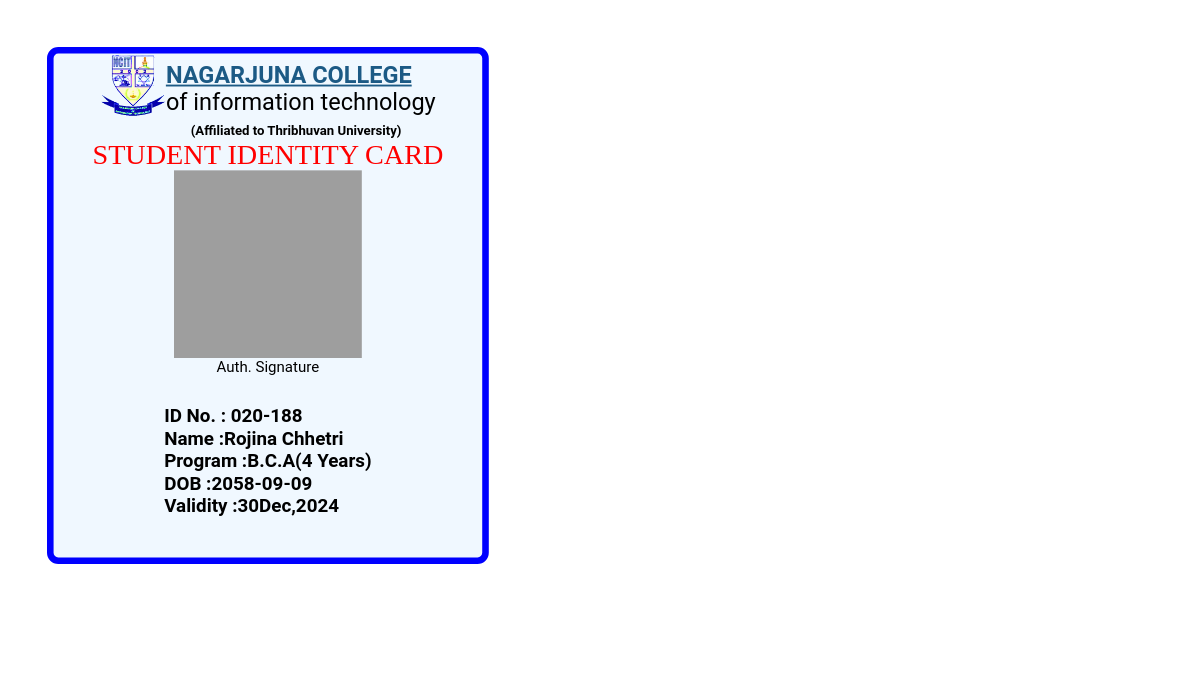
Repository: Rojinachhetri/roji
Page: rojina.html
An editor plug-in stored every save of this project. The page is shown before and after the next save, followed by the edit.
The browser window is 1280 px wide. The pictures show the whole page, at 94% of full size.
Pictures or frames that could not be fetched are drawn as grey boxes.

Above is the page before, as saved 2023-04-24 22:45:02.

After the next save:
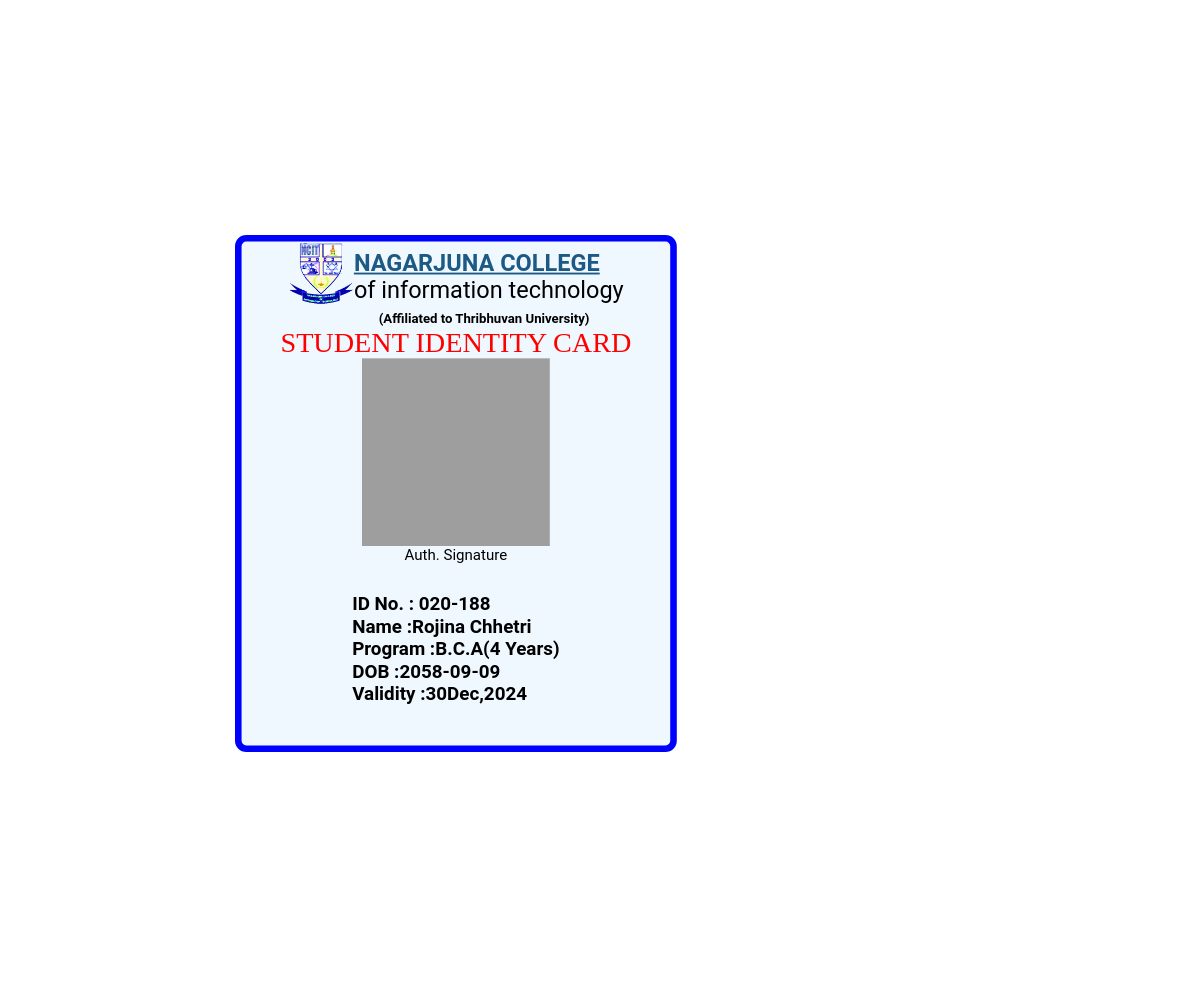
Saved 8 s later.
--- a/rojina.css
+++ b/rojina.css
@@ -13,7 +13,7 @@
         display: flex;
         flex-direction: column;
         align-items: center;
-        margin: 50px;
+        margin: 250px;
         padding: 0px 10px 10px 10px;
         border-radius: 12px 12px 12px 12px;
     }
